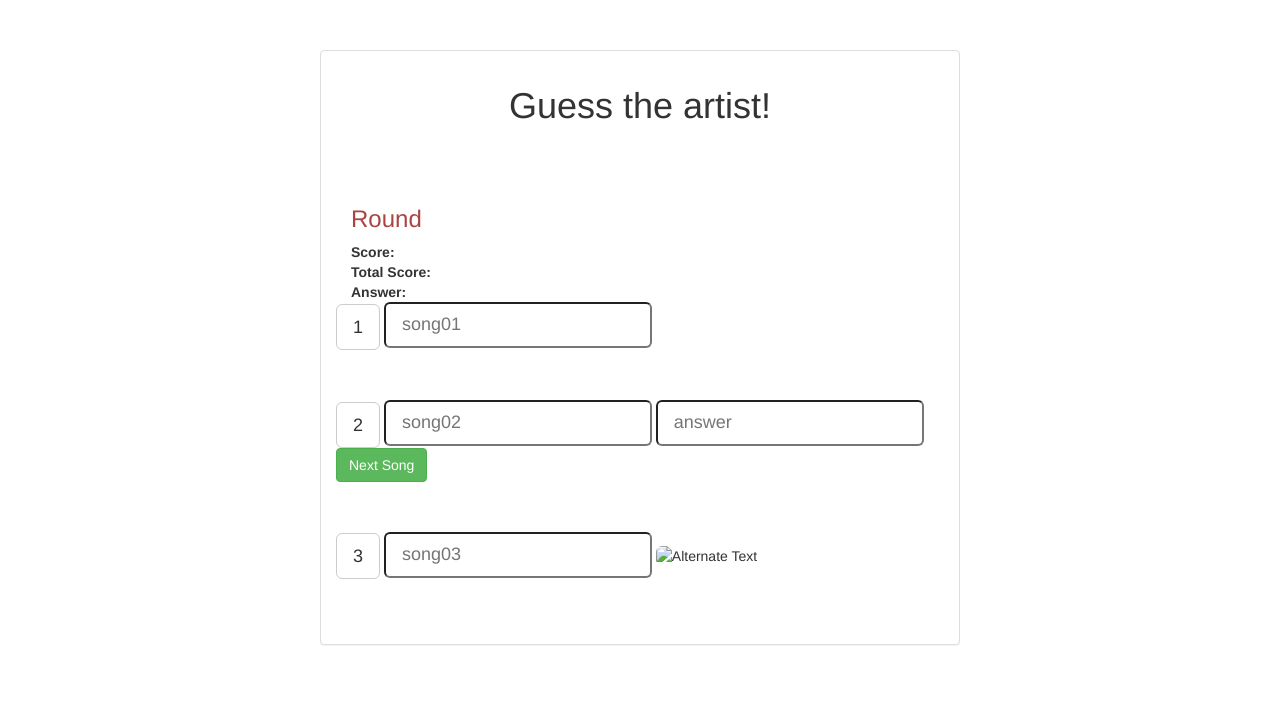
Repository: VladLevishevGIT/MyProjects
Page: Java/GuessTheArtistQuizWeb/WebContent/GuessTheArtist.html
The author's editor kept a copy of each file at every save. The page is drawn from the files as they stood at one save, then again after the next save.
The browser window is 1280 px wide. The pictures show the whole page.
The page's requests for data from a server got no answer.

Above is the page before, as saved 2017-03-15 12:37:51.

### Java/GuessTheArtistQuizWeb/WebContent/GuessTheArtist.html
<!DOCTYPE html>
<html lang="en">
<head>
    <meta charset="utf-8">
    <meta http-equiv="X-UA-Compatible" content="IE=edge">
    <meta name="viewport" content="width=device-width, initial-scale=1">
    <title>Test Page</title>
    <link href="bootstrap/css/bootstrap.min.css" rel="stylesheet">
    <script src="jquery/jquery-3.1.1.min.js"></script>
    <script src="bootstrap/js/bootstrap.min.js"></script>
    <script src="angular/angular.min.js"></script>
    <script src="angular/angularCode.js"></script>
</head>
<body>
    <div style="height:50px"></div>
        <div class="panel panel-default col-lg-offset-3 col-lg-6" ng-app="myApp">
            <div class="panel-body" ng-controller="myCtrl">
                <div class="text-center"><h1>Guess the artist!</h1></div>
                	<div class="alert alert-success text-center" ng-show="showSuccessAlert">
							<strong>Done!</strong> {{successTextAlert}}
							<button class="btn btn-danger" ng-click="nextRound()" ng-show="showNextRoundButton">Next Round</button>
					</div>
					<div class="alert alert-danger text-center" ng-show="showErrorAlert">
							<strong>Failed!</strong> {{errorTextAlert}}
							<button class="btn btn-danger" ng-click="nextRound()" ng-show="showNextRoundButton">Next Round</button>
					</div>
                <div class="input-group">
                    <div style="height:50px"></div>
                    <div class="text-danger"><h3>Round {{round.roundNumber}}</h3></div>
                    <div><strong>Score: {{round.roundScore}}</strong></div>
                    <div><strong>Total Score: {{round.totalScore}}</strong></div>
                     <div><strong>Answer: {{round.artistName}}</strong></div>
                    <div class="row">
                        <button type="button" class="btn btn-lg btn-default">1</button>
                        <input type="text" name="song01" value="{{round.firstSong}}" class="input input-lg" placeholder="song01" />
                    </div>
                    <div style="height:50px"></div>
                    <div class="row">
                        <button type="button" class="btn btn-lg btn-default">2</button>
                        <input type="text" name="song02" value="{{round.secondSong}}" class="input-lg" placeholder="song02"/>
                        <input type="text" name="answer" value="" class="input-lg" placeholder="answer" ng-model="inputValue"/>
                        <button class="btn btn-success" ng-click="getOneMoreSong(inputValue)" ng-hide="hideNextSongButton">Next Song</button>

                    </div>
                        <div style="height:50px"></div>
                    <div class="row">
                        <button type="button" class="btn btn-lg btn-default">3</button>
                        <input type="text" name="song03" value="{{round.thirdSong}}" class="input-lg" placeholder="song03"/>
                        <img src="#" alt="Alternate Text" class="img-rounded" />
                    </div>
                        <div style="height:50px"></div>
                    </div>
                    <div ng-show=true>
                    	<div class="popover"><strong>TEST</strong></div>
                    </div>
            </div>
        </div>
</body>
</html>

### Java/GuessTheArtistQuizWeb/WebContent/angular/angularCode.js
var mainApp = angular.module('myApp', [])

mainApp.controller('myCtrl',

function($scope, $http) {

    $http.get('rest/quizWebService/getFirstSong').
        then(function(response) {
            $scope.round = response.data
        });

    $scope.getOneMoreSong = function(inputValue){
    	$http.get('rest/quizWebService/getOneMoreSong/'+inputValue)
    	.then(function(response){
    		returnedRound = response.data
    		if(returnedRound.firstSong != null){
    			$scope.round = response.data
    			$scope.inputValue = null
    		} else {
    			if (returnedRound.roundNumber < 5){
    			$scope.round = response.data
    			$scope.inputValue = null
    			$scope.hideNextSongButton = true
    	    	$scope.showNextRoundButton = true
    			$scope.successTextAlert = "Correct!!!!!";
    			$scope.showSuccessAlert = true;
    			} else {
    				$scope.showFinalPanel = true;
    			}
    		}
    	});
    };

    $scope.nextRound = function(inputValue){
    	$scope.hideNextSongButton = false
    	$scope.showNextRoundButton = false
    	$scope.showSuccessAlert = false;
    	$http.get('rest/quizWebService/getFirstSong').
        then(function(response) {
            $scope.round = response.data
        });
    };
});

Loaded but not shown: Java/GuessTheArtistQuizWeb/WebContent/bootstrap/css/bootstrap.min.css (library); Java/GuessTheArtistQuizWeb/WebContent/jquery/jquery-3.1.1.min.js (library); Java/GuessTheArtistQuizWeb/WebContent/bootstrap/js/bootstrap.min.js (library); Java/GuessTheArtistQuizWeb/WebContent/angular/angular.min.js (library)

After the next save:
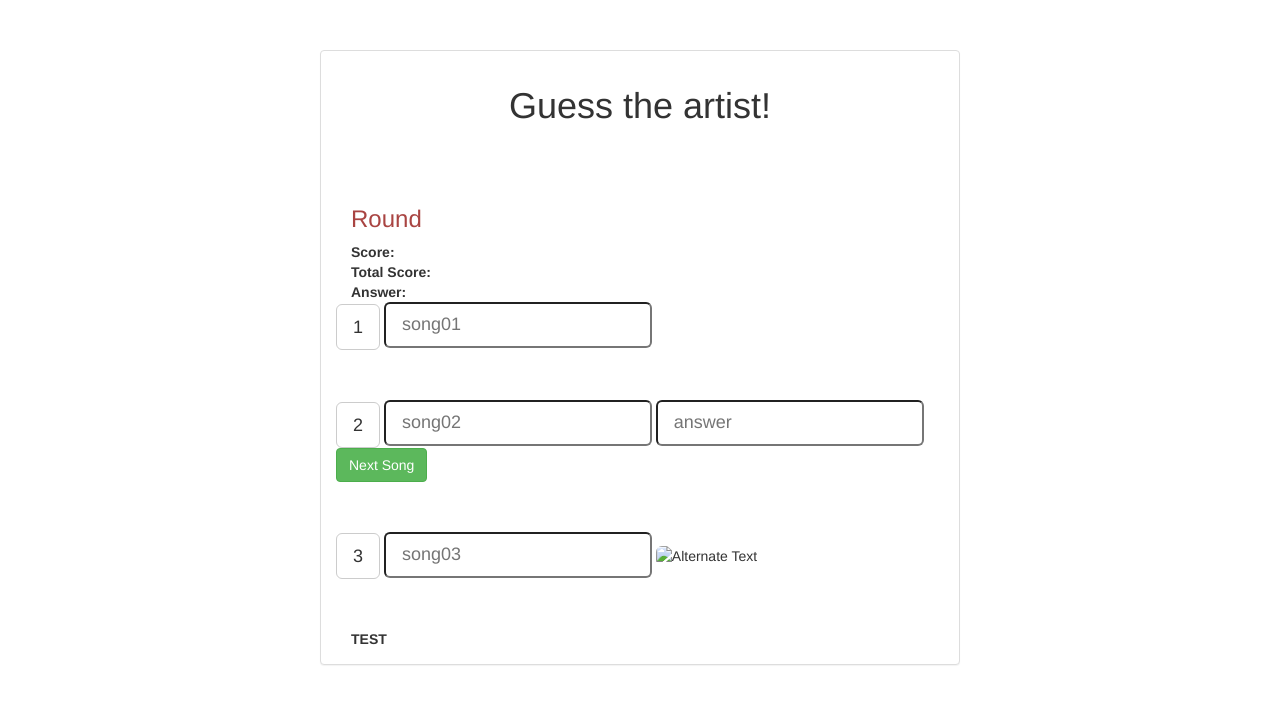
Saved 23 h 48 min later.
--- a/Java/GuessTheArtistQuizWeb/WebContent/GuessTheArtist.html
+++ b/Java/GuessTheArtistQuizWeb/WebContent/GuessTheArtist.html
@@ -51,7 +51,7 @@
                         <div style="height:50px"></div>
                     </div>
                     <div ng-show=true>
-                    	<div class="popover"><strong>TEST</strong></div>
+                    	<div><strong>TEST</strong></div>
                     </div>
             </div>
         </div>
